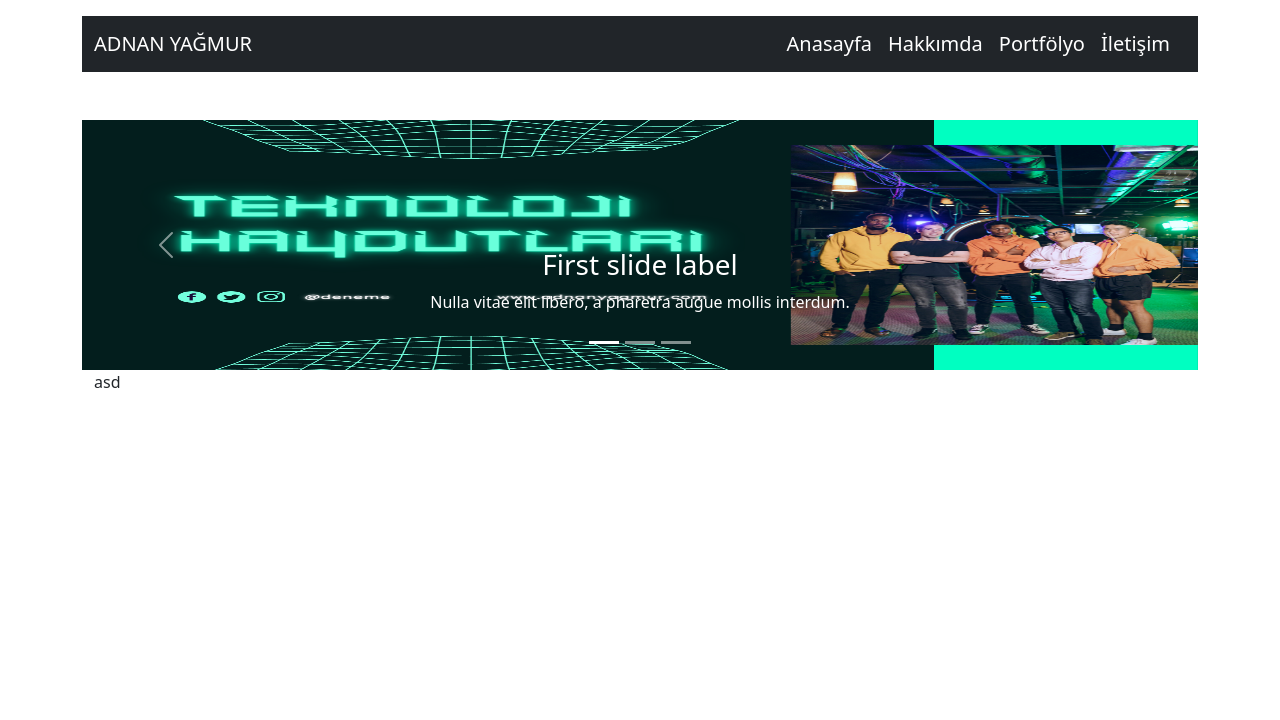
Repository: adnanyagmur/react-bootstrap-example
Page: /
These files come from the project's save history. The page is drawn as it stood at one moment and after the next save; the edit follows.
The browser window is 1280 px wide. The pictures show the whole page.
The project was rebuilt for these pictures with package versions that can differ from the ones it lists, and the page was loaded fresh each time.

Above is the page before, as saved 2022-06-29 09:57:15.

After the next save:
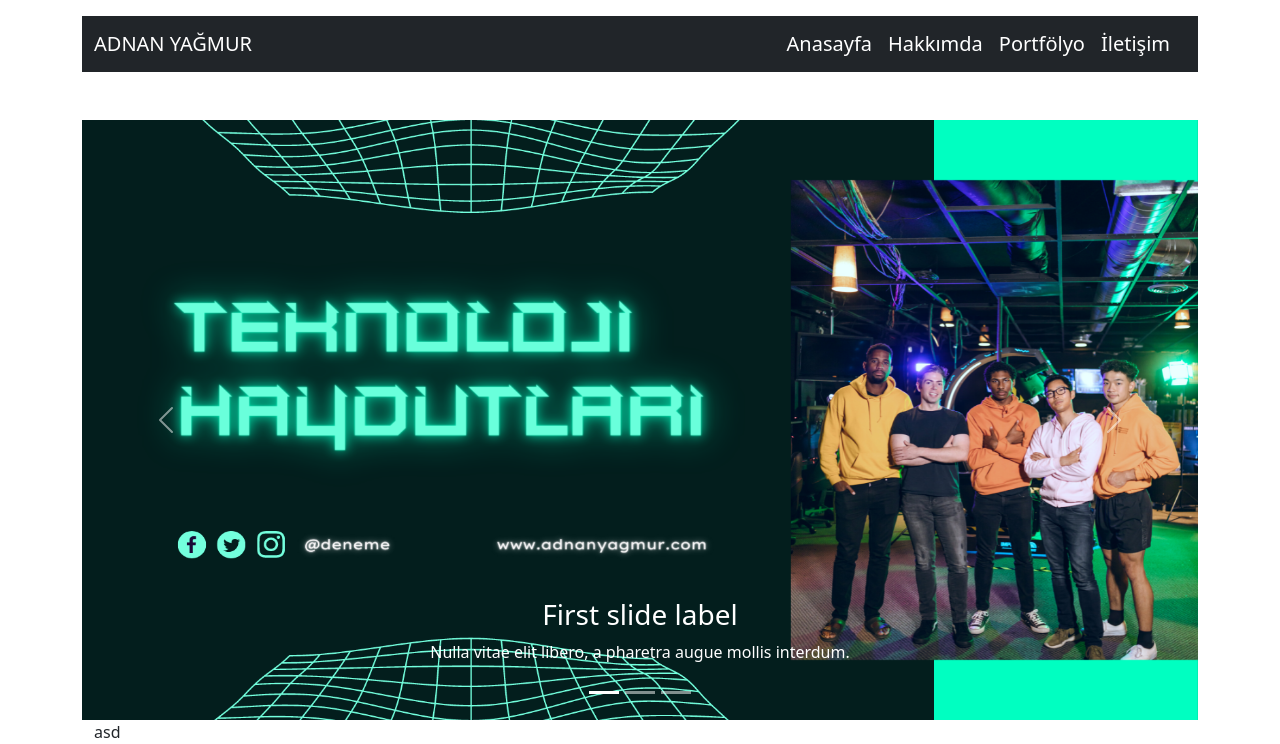
Saved 9 s later.
--- a/src/appComponents/Slider.jsx
+++ b/src/appComponents/Slider.jsx
@@ -12,7 +12,7 @@ const Slider = ()=>{
             className="d-block w-100"
             src={Logo1}
             alt="First slide"
-            width="1000" height="250"
+            width="1000" height="600"
           />
           <Carousel.Caption>
             <h3>First slide label</h3>
